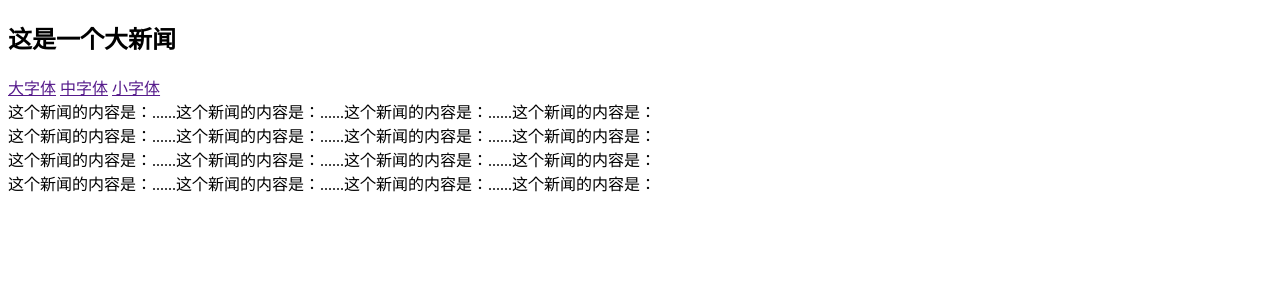
Repository: tangchengjingwen/javaLearningCode
Page: javaLearningCode/day31_html/demo_news.html
These files come from the project's save history. The page is drawn as it stood at one moment and after the next save; the edit follows.
The browser window is 1280 px wide. The pictures show the whole page.

Above is the page before, as saved 2012-05-15 06:59:10.

After the next save:
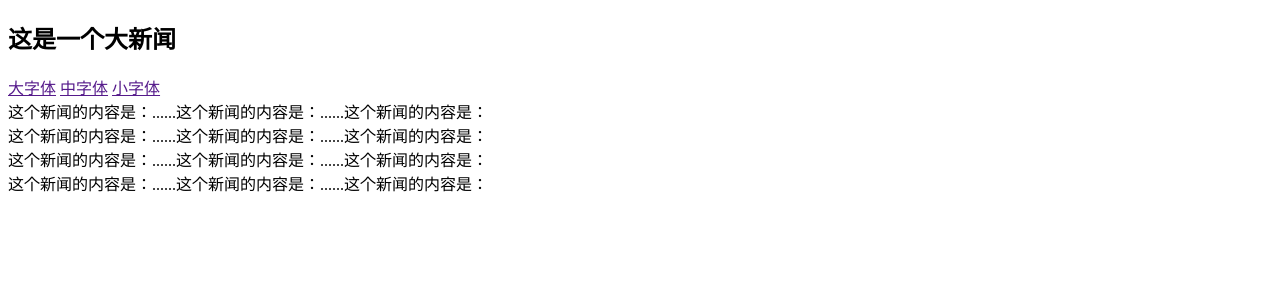
Saved 22 s later.
--- a/javaLearningCode/day31_html/demo_news.html
+++ b/javaLearningCode/day31_html/demo_news.html
@@ -16,10 +16,10 @@
 		<h2>这是一个大新闻</h2>
 		<a href="">大字体</a> <a href="">中字体</a> <a href="">小字体</a>
 		<div id="newstext">
-		这个新闻的内容是：......这个新闻的内容是：......这个新闻的内容是：......这个新闻的内容是：<br/>
-		这个新闻的内容是：......这个新闻的内容是：......这个新闻的内容是：......这个新闻的内容是：<br/>
-		这个新闻的内容是：......这个新闻的内容是：......这个新闻的内容是：......这个新闻的内容是：<br/>
-		这个新闻的内容是：......这个新闻的内容是：......这个新闻的内容是：......这个新闻的内容是：<br/>
+		这个新闻的内容是：......这个新闻的内容是：......这个新闻的内容是：<br/>
+		这个新闻的内容是：......这个新闻的内容是：......这个新闻的内容是：<br/>
+		这个新闻的内容是：......这个新闻的内容是：......这个新闻的内容是：<br/>
+		这个新闻的内容是：......这个新闻的内容是：......这个新闻的内容是：<br/>
 		</div>
 		</div>
 	</body>
